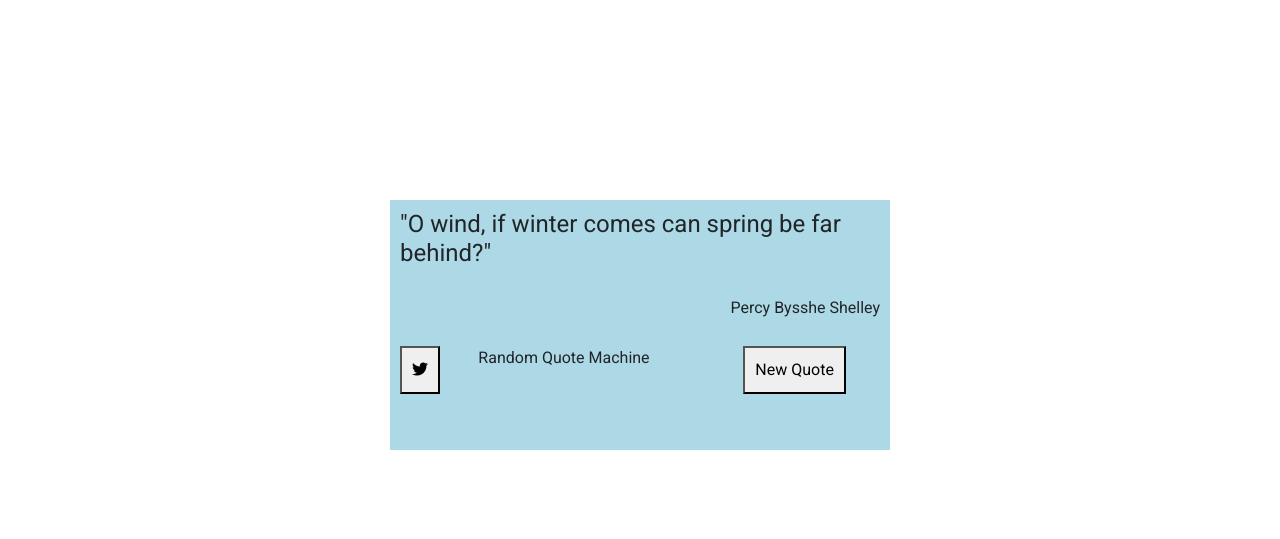
Repository: derektypist/random-quote-machine
Page: index.html
The author's editor kept a record of every edit. The page is drawn from the files as they stood at one moment, then again after the next edit.
The browser window is 1280 px wide. The pictures show the whole page.
Some web libraries are served in a nearby version.

Above is the page before.

### index.html
<!DOCTYPE html>
<html lang="en">

<head>
    <meta charset="UTF-8">
    <meta name="viewport" content="width=device-width, initial-scale=1.0">
    <meta http-equiv="X-UA-Compatible" content="ie=edge">
    <title>Random Quote Machine</title>
    <!-- Load Style Sheets -->
    <link rel="stylesheet" href="https://maxcdn.bootstrapcdn.com/bootstrap/4.4.1/css/bootstrap.min.css" integrity="sha384-Vkoo8x4CGsO3+Hhxv8T/Q5PaXtkKtu6ug5TOeNV6gBiFeWPGFN9MuhOf23Q9Ifjh" crossorigin="anonymous">
    <link rel="stylesheet" href="https://use.fontawesome.com/releases/v5.8.1/css/all.css" integrity="sha384-50oBUHEmvpQ+1lW4y57PTFmhCaXp0ML5d60M1M7uH2+nqUivzIebhndOJK28anvf" crossorigin="anonymous">
    <link href="https://fonts.googleapis.com/css?family=Roboto&display=swap" rel="stylesheet">
    <style>
        /* Quote Box */

        #quote-box {
            font-family: "Roboto", Arial, Verdana, sans-serif;
            background-color: lightblue;
            display: block;
            position: relative;
            top: 200px;
            height: 250px;
            width: 500px;
            margin: auto;

        }

        #text {
            padding: 10px;
        }

        #author {
            text-align: right;
            padding: 10px;
        }

        #tweet-quote {
            padding: 10px;
        }

        #tweet-quote button {
            text-align: center;
            padding: 10px;

        }

        #tweet-quote:hover button {
            background-color: orange;
        }

        #new-quote {
            padding: 10px;
        }
    </style>

    <!-- Load Scripts -->
    <script src="https://ajax.googleapis.com/ajax/libs/jquery/3.4.1/jquery.min.js"></script>
    <script>
        function displayNewQuote() {
            // Set Up Random Index

            let randomIndex = Math.floor(Math.random() * 13);

            // Set Up Constants noting use of Literals

            const possibleText = ["\"Hope smiles from the threshold of the year to come whispering.  It will be happier.\"",
                "\"O wind, if winter comes can spring be far behind?\"",
                "\"Spring is nature's way of saying 'Let's Party'.\"",
                "\"Sweet April showers do spring May Flowers.\"",
                "\"As full of spirit as the month of May, and as gorgeous as the sun in Midsummer.\"",
                "\"There are two seasons in Scotland: June and Winter.\"",
                "\"People don't notice whether it's winter or summer when they're happy.\"",
                "\"Summer Afternoon---summer afternoon; to me those have always been the first two beautiful words in the English Language.\"",
                "\"Autumn is a second spring when every leaf is a flower.\"",
                "\"In seed time learn, in harvest teach, in winter enjoy.\"",
                "\"Winter is the time for comfort, for good food and warmth, for the touch of a friendly hand and a talk beside the fire: it is time for home.\"",
                "\"Thank you for your kind words.\"",
                "\"It looks as though you had a great time Derek.\""
            ];
            const text = possibleText[randomIndex];
            const possibleAuthors = ["Alfred Lord Tennyson",
                "Percy Bysshe Shelley",
                "Robin Williams",
                "Thomas Tusser",
                "William Shakespeare",
                "Billy Connolly",
                "Anton Chekhov",
                "Henry James",
                "Albert Camus",
                "William Blake",
                "Edith Sitwell",
                "Daphne Pink",
                "Andrea Harrison"
            ];
            const author = possibleAuthors[randomIndex];


            // Display text and author in the Browser Window
            document.getElementById("text").innerHTML = text;
            document.getElementById("author").innerHTML = author;

        }

        $(document).ready(displayNewQuote);
    </script>

</head>

<body>
    <!-- Set Up Quote Box -->
    <article id="quote-box">
        <h4 id="text"></h4>
        <p id="author"></p>

        <!-- Set Up Row -->
        <article class="row">
            <!-- Set Up Article for Tweet Quote Button -->
            <article class="col-sm-2">
                <a href="https://www.twitter.com/intent/tweet/#text" target="_blank" title="Tweet" id="tweet-quote"><button type="button"><i class="fab fa-twitter"></i></button></a>
            </article>

            <!-- Display Title (Random Quote Machine) -->
            <article class="col-sm-6">
                <p>Random Quote Machine</p>
            </article>

            <!-- Set Up Article for New Quote Button -->
            <article class="col-sm-4">
                <button onclick="displayNewQuote()" title="New Quote" id="new-quote">New Quote</button>
            </article>

        </article>



    </article>


    <!-- Set Up Script -->
    <script>
        // Define Function to Display New Quote

        function displayNewQuote() {
            // Set Up Random Index

            let randomIndex = Math.floor(Math.random() * 13);

            // Set Up Constants noting use of Literals

            const possibleText = ["\"Hope smiles from the threshold of the year to come whispering.  It will be happier.\"",
                "\"O wind, if winter comes can spring be far behind?\"",
                "\"Spring is nature's way of saying 'Let's Party'.\"",
                "\"Sweet April showers do spring May Flowers.\"",
                "\"As full of spirit as the month of May, and as gorgeous as the sun in Midsummer.\"",
                "\"There are two seasons in Scotland: June and Winter.\"",
                "\"People don't notice whether it's winter or summer when they're happy.\"",
                "\"Summer Afternoon---summer afternoon; to me those have always been the first two beautiful words in the English Language.\"",
                "\"Autumn is a second spring when every leaf is a flower.\"",
                "\"In seed time learn, in harvest teach, in winter enjoy.\"",
                "\"Winter is the time for comfort, for good food and warmth, for the touch of a friendly hand and a talk beside the fire: it is time for home.\"",
                "\"Thank you for your kind words.\"",
                "\"It looks as though you had a great time Derek.\""
            ];
            const text = possibleText[randomIndex];
            const possibleAuthors = ["Alfred Lord Tennyson",
                "Percy Bysshe Shelley",
                "Robin Williams",
                "Thomas Tusser",
                "William Shakespeare",
                "Billy Connolly",
                "Anton Chekhov",
                "Henry James",
                "Albert Camus",
                "William Blake",
                "Edith Sitwell",
                "Daphne Pink",
                "Andrea Harrison"
            ];
            const author = possibleAuthors[randomIndex];

            // Display text and author in the Browser Window
            document.getElementById("text").innerHTML = text;
            document.getElementById("author").innerHTML = author;
        }
    </script>
</body>

</html>

After the next edit:
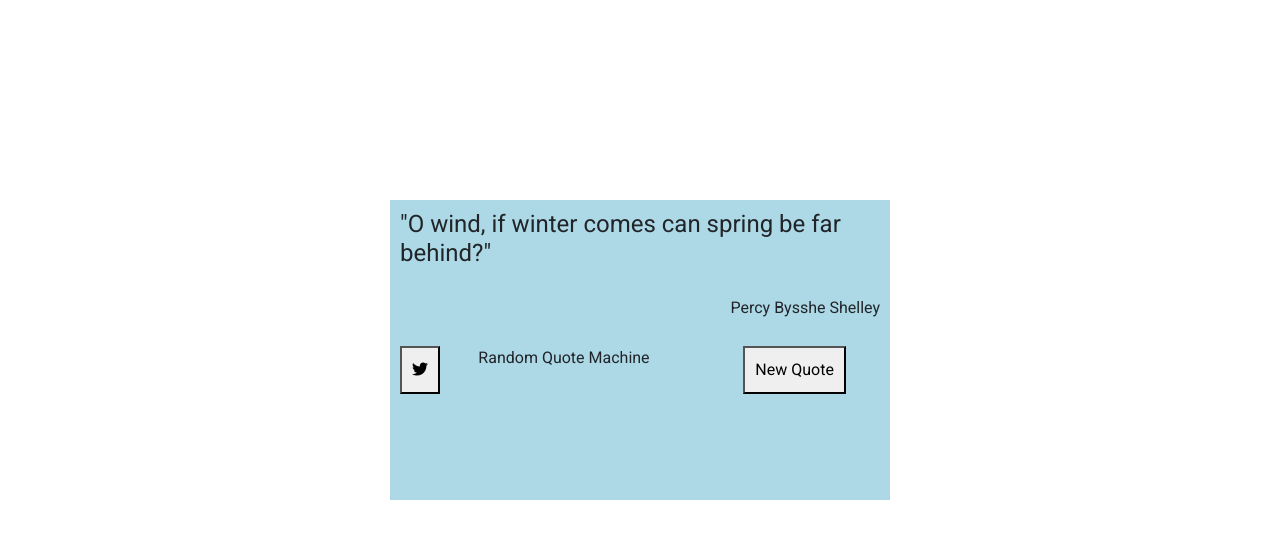
The edit:
--- a/index.html
+++ b/index.html
@@ -19,7 +19,7 @@
             display: block;
             position: relative;
             top: 200px;
-            height: 250px;
+            height: 300px;
             width: 500px;
             margin: auto;
 
